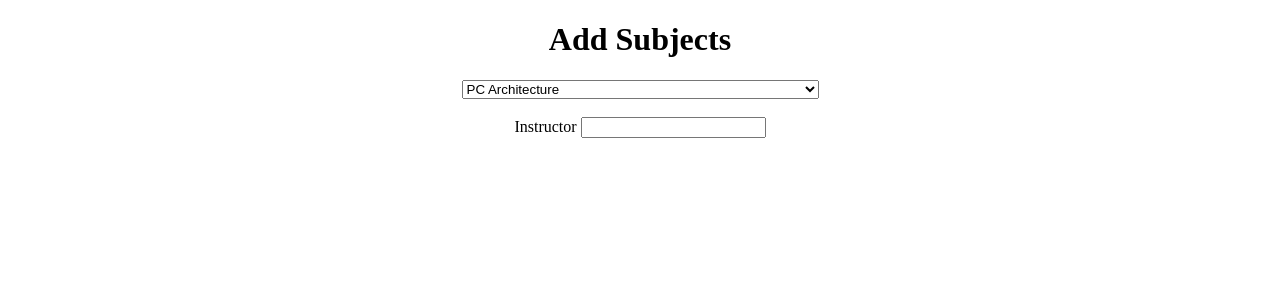
Repository: Gauravsh20/CollegeProject
Page: http://localhost/Clg_project/Add_Subjects.jsp
An editor plug-in stored every save of this project. The page is shown before and after the next save, followed by the edit.
The browser window is 1280 px wide. The pictures show the whole page.
The page is served by Tomcat 9.

Above is the page before, as saved 2022-10-25 07:06:11.

After the next save:
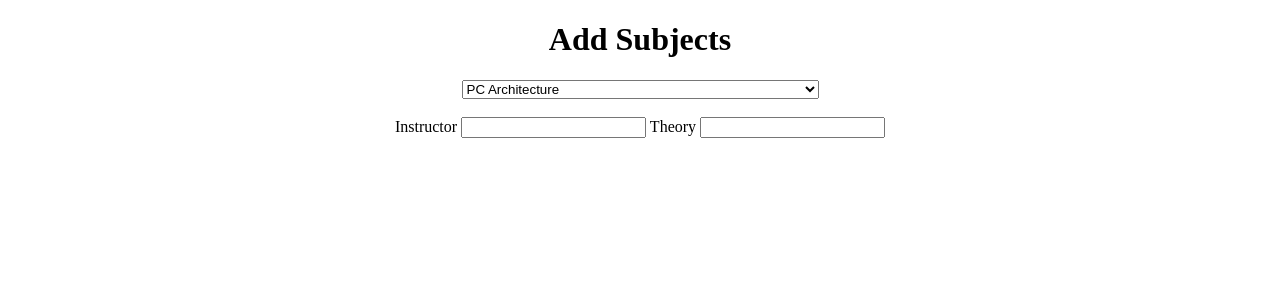
Saved 32 s later.
--- a/Clg_project/src/main/webapp/Add_Subjects.jsp
+++ b/Clg_project/src/main/webapp/Add_Subjects.jsp
@@ -35,6 +35,8 @@
 </select> <br/><br/>
 Instructor
 <input type="txt" id="instructor" name="instructor">
+Theory
+<input type="txt" id="theory" name="theory">
 </form>
 </center>
 </body>
